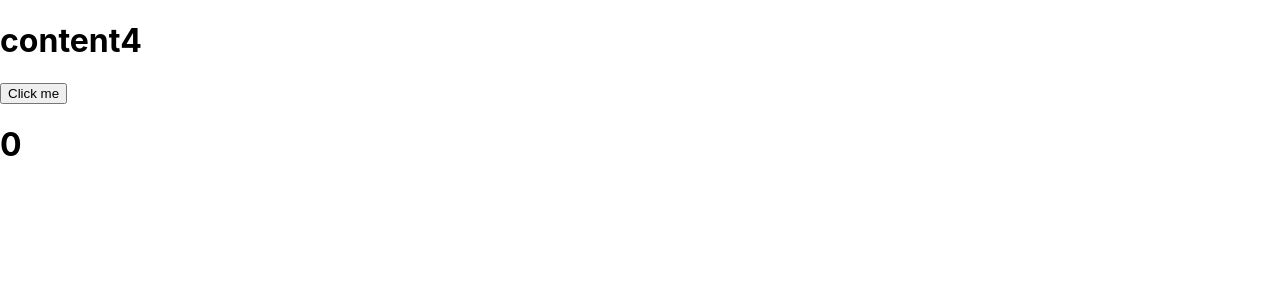
Repository: haidawngvn/hooks-bible
Page: /
The author's editor kept a copy of each file at every save. The page is drawn from the files as they stood at one save, then again after the next save.
The browser window is 1280 px wide. The pictures show the whole page.
The project was rebuilt for these pictures with package versions that can differ from the ones it lists, and the page was loaded fresh each time. Also part of the build but not shown: src/Content3.js.

Above is the page before, as saved 2022-07-29 13:58:07.

### public/index.html
<!DOCTYPE html>
<html lang="en">
  <head>
    <meta charset="utf-8" />
    <link rel="icon" href="%PUBLIC_URL%/favicon.ico" />
    <meta name="viewport" content="width=device-width, initial-scale=1" />
    <meta name="theme-color" content="#000000" />
    <meta
      name="description"
      content="Web site created using create-react-app"
    />
    <link rel="apple-touch-icon" href="%PUBLIC_URL%/logo192.png" />
    <!--
      manifest.json provides metadata used when your web app is installed on a
      user's mobile device or desktop. See https://developers.google.com/web/fundamentals/web-app-manifest/
    -->
    <link rel="manifest" href="%PUBLIC_URL%/manifest.json" />
    <!--
      Notice the use of %PUBLIC_URL% in the tags above.
      It will be replaced with the URL of the `public` folder during the build.
      Only files inside the `public` folder can be referenced from the HTML.

      Unlike "/favicon.ico" or "favicon.ico", "%PUBLIC_URL%/favicon.ico" will
      work correctly both with client-side routing and a non-root public URL.
      Learn how to configure a non-root public URL by running `npm run build`.
    -->
    <title>Hooks Examples</title>
  </head>
  <body>
    <noscript>You need to enable JavaScript to run this app.</noscript>
    <div id="root"></div>
    <!--
      This HTML file is a template.
      If you open it directly in the browser, you will see an empty page.

      You can add webfonts, meta tags, or analytics to this file.
      The build step will place the bundled scripts into the <body> tag.

      To begin the development, run `npm start` or `yarn start`.
      To create a production bundle, use `npm run build` or `yarn build`.
    -->
  </body>
</html>

### src/index.js
import React from 'react';
import ReactDOM from 'react-dom/client';
import './index.css';
import App from './App';
import Content3 from './Content3';
import reportWebVitals from './reportWebVitals';


// Fake auto comment function
function emitComment(id) {
    setInterval(() => {
        window.dispatchEvent(
            new CustomEvent(`lesson-${id}`, {
                detail: `comment on lession-${id}`
            })
        )
    }, 2000)
}

emitComment(1)
emitComment(2)
emitComment(3)

const root = ReactDOM.createRoot(document.getElementById('root'));
root.render(
//   <React.StrictMode>
    [

        <App />,
    ]
//   </React.StrictMode>
);

// If you want to start measuring performance in your app, pass a function
// to log results (for example: reportWebVitals(console.log))
// or send to an analytics endpoint. Learn more: https://bit.ly/CRA-vitals
reportWebVitals();

### src/App.js
import  { useEffect, useLayoutEffect, useState, useRef, memo, useCallback } from 'react'
import Content5 from './Content5'

// useCallback()
// Giúp tránh tạo ra những hàm mới một cách không cần thiết trong function component

function App() {

    const [counter, setCounter] = useState(0)

    // nếu không dùng useCallback, mỗi lần th cha re-render thì sẽ tạo ra 1 hàm mới và truyền vô th con
    // ===> th con sẽ re-render theo dù có memo()
    // const handleIncrease = () => {
    //   setCounter(prevState => prevState +1)
    // }

    // useCallback trả về tham chiếu đến function đc truyền ở tham số thứ 1
    // nếu tham số thứ 2 là mảng rỗng [] thì trả về tham chiếu của hàm đc tạo ở lần đầu mount
    // nếu có các deps thì khi các deps có sự thay đổi ==> useCallback sẽ tạo ra 1 hàm mới và trả về tham chiếu mới
    const handleIncrease = useCallback(() => {
        setCounter(prevState => prevState +1)
    }, [])


    return (
        <div className="App">

            <Content5 onIncrease = {handleIncrease}/>
            <h1> {counter}</h1>
        </div>
    );
}


export default App;

### src/Content5.js
import  { useEffect, useLayoutEffect, useState, useRef, memo } from 'react'


function Content5({onIncrease}) {

    console.log('content');
    return (
        <div>

            <h1>content4</h1>
            <button onClick={onIncrease}>Click me</button>
        </div>
    )
}

export default memo(Content5)

### src/Content4.js
import  { useEffect, useLayoutEffect, useState, useRef, memo } from 'react'


function Content4() {

    console.log('content');
    return (
        <div>
            <h1>content4</h1>
        </div>
    )
}

export default memo(Content4)

Loaded but not shown: src/index.css (common file); src/reportWebVitals.js (common file)

After the next save:
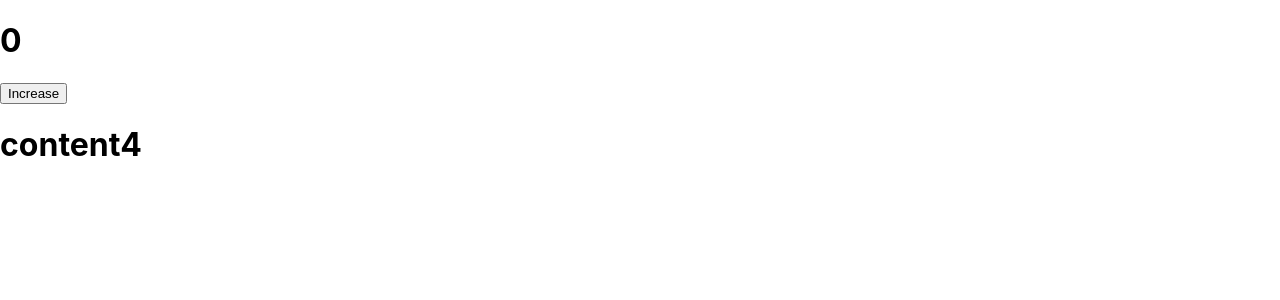
Saved 2 min 13 s later.
--- a/src/App.js
+++ b/src/App.js
@@ -1,33 +1,26 @@
-import  { useEffect, useLayoutEffect, useState, useRef, memo, useCallback } from 'react'
-import Content5 from './Content5'
-
-// useCallback()
-// Giúp tránh tạo ra những hàm mới một cách không cần thiết trong function component
+import  { useEffect, useLayoutEffect, useState, useRef, memo } from 'react'
+import Content4 from './Content4'
+// memo() là 1 HOC (Higher Order Component) KHÔNG PHẢI HOOK
+// ghi nhớ lại các props của 1 component để quyết định xem có re-render component đó hay kh
+// ví dụ ở dưới, Content4 kh có prop nào ===> không bao h có thay đổi ===> không re-render khi component cha re-render
 
 function App() {
 
     const [counter, setCounter] = useState(0)
 
-    // nếu không dùng useCallback, mỗi lần th cha re-render thì sẽ tạo ra 1 hàm mới và truyền vô th con
-    // ===> th con sẽ re-render theo dù có memo()
-    // const handleIncrease = () => {
-    //   setCounter(prevState => prevState +1)
-    // }
+    const handleIncrease = () => {
 
-    // useCallback trả về tham chiếu đến function đc truyền ở tham số thứ 1
-    // nếu tham số thứ 2 là mảng rỗng [] thì trả về tham chiếu của hàm đc tạo ở lần đầu mount
-    // nếu có các deps thì khi các deps có sự thay đổi ==> useCallback sẽ tạo ra 1 hàm mới và trả về tham chiếu mới
-    const handleIncrease = useCallback(() => {
-        setCounter(prevState => prevState +1)
-    }, [])
+      setCounter(prevState => prevState +1)
+    }
+
 
 
     return (
-        <div className="App">
-
-            <Content5 onIncrease = {handleIncrease}/>
-            <h1> {counter}</h1>
-        </div>
+      <div className="App">
+        <h1> {counter}</h1>
+        <button onClick={handleIncrease}>Increase</button>
+        <Content4 />
+      </div>
     );
 }
 
